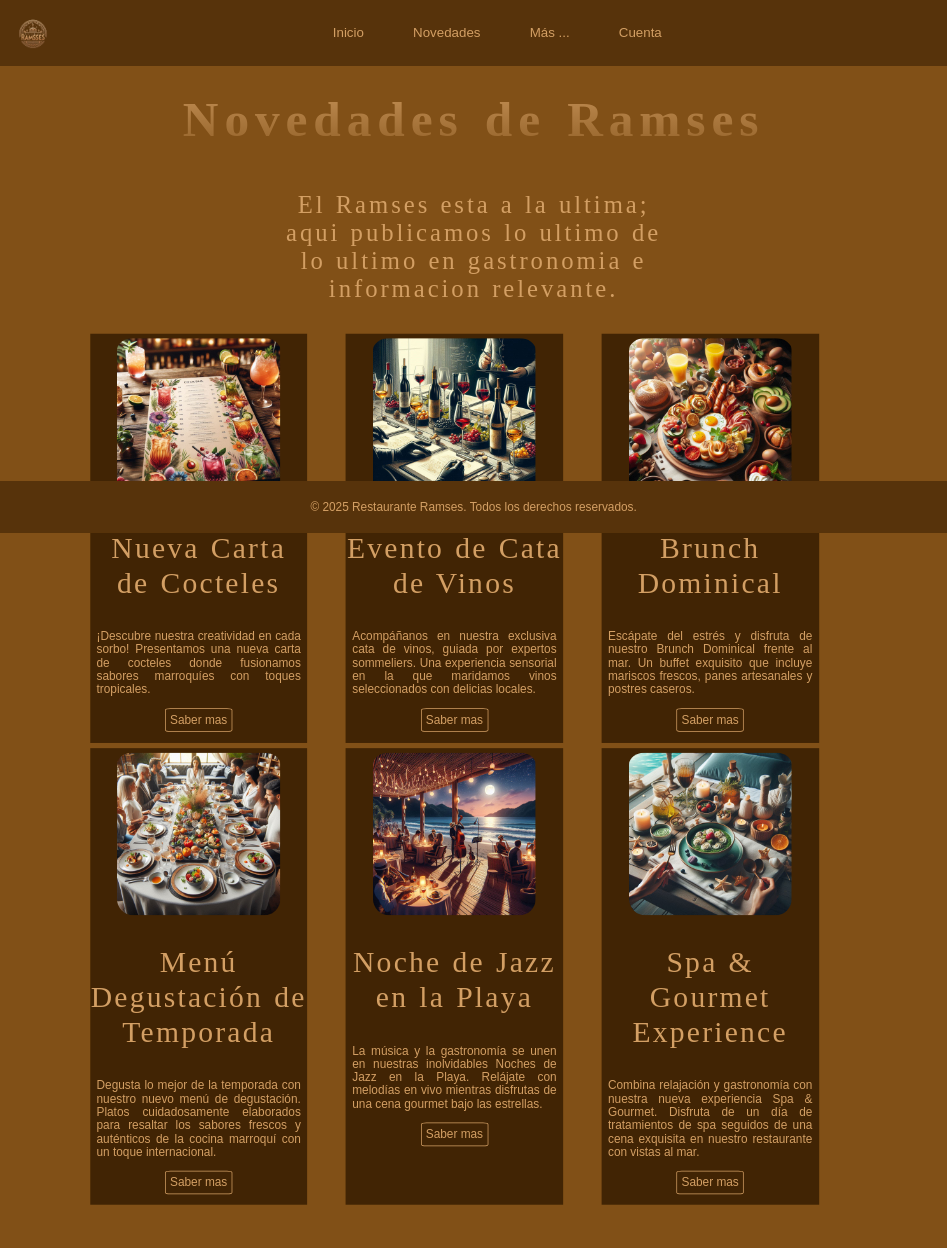
Repository: demoniers/demonIers.github.io
Page: web-lenguajes/src/noticias.html
An editor plug-in stored every save of this project. The page is shown before and after the next save, followed by the edit.
The browser window is 1280 px wide. The pictures show the whole page, at 74% of full size.
Some web fonts or font styles are not loaded; a fallback is used.

Above is the page before, as saved 2025-01-27 13:35:16.

### web-lenguajes/src/noticias.html
<!DOCTYPE html>
<html lang="es">

    <head>
        <meta charset="UTF-8">
        <meta name="viewport" content="width=device-width, initial-scale=1.0">
        <link rel="stylesheet" href="../style/noticias.css">
        <title>Restaurante Ejemplo</title>
        <style>
    </style>
    </head>

    <body>
        <div class="header">
            <nav>
                <img src="../img/logo-ramses.png" class="logo-r" alt="">
                <ul>
                    <li><a href="../index.html">Inicio</a></li>
                    <li><a href="#">Novedades</a></li>
                    <li><a>Más ...</a>
                        <ul class="subitemul">
                            <li class="subitem"><a href="https://marruecoshoy.com/comida-marroqui/">Cocina marroqui</a></li>
                            <li class="subitem"><a href="https://www.tripadvisor.com/Attraction_Products-g187461-d573965-Playa_de_Ses_Illetes-Formentera_Balearic_Islands.html">Nuestra ubicacion</a></li>
                        </ul>
                    </li>
                    <li>
                        <a href>Cuenta</a>
                        <ul class="subitemul">
                            <li class="subitem"><a href="./login.html">Iniciar sesion</a></li>
                            <li class="subitem"><a href="./singin.html">Registrarse</a></li>
                        </ul>
                    </li>
                </ul>
            </nav>
        </div>
        <div class="container">
            <h1 class="titulo-centrado">Novedades de Ramses</h1>
            <p class="subtitulo">El Ramses esta a la ultima; aqui publicamos lo
                ultimo de lo ultimo en gastronomia e
                informacion relevante.</p>
            <div class="cont-noticias">
                <div class="noticia1">
                    <img src="../img/noticas/nuevacarta.png" alt="" class="img-cabeza">
                    <p class="titulo-articulo">Nueva Carta de Cocteles</p>
                    <p class="text-articulo">¡Descubre nuestra creatividad en cada sorbo! Presentamos una nueva carta de cocteles donde fusionamos sabores marroquíes con toques tropicales.</p>
                    <a href="#" class="enlaceart">Saber mas</a>
                </div>
                <div class="noticia2">
                    <img src="../img/noticas/cata.png" alt="" class="img-cabeza">
                    <p class="titulo-articulo">Evento de Cata de Vinos</p>
                    <p class="text-articulo">Acompáñanos en nuestra exclusiva cata de vinos, guiada por expertos sommeliers. Una experiencia sensorial en la que maridamos vinos seleccionados con delicias locales.</p>
                    <a href="#" class="enlaceart">Saber mas</a>
                </div>
                <div class="noticia3">
                    <img src="../img/noticas/brunch.png" alt="" class="img-cabeza">
                    <p class="titulo-articulo">Brunch Dominical</p>
                    <p class="text-articulo">Escápate del estrés y disfruta de nuestro Brunch Dominical frente al mar. Un buffet exquisito que incluye mariscos frescos, panes artesanales y postres caseros.</p>
                    <a href="#" class="enlaceart">Saber mas</a>
                </div>
                <div class="noticia1">
                    <img src="../img/noticas/menudegustacion.png" alt="" class="img-cabeza">
                    <p class="titulo-articulo">Menú Degustación de Temporada</p>
                    <p class="text-articulo">Degusta lo mejor de la temporada con nuestro nuevo menú de degustación. Platos cuidadosamente elaborados para resaltar los sabores frescos y auténticos de la cocina marroquí con un toque internacional.</p>
                    <a href="#" class="enlaceart">Saber mas</a>
                </div>
                <div class="noticia2">
                    <img src="../img/noticas/noches.png" alt="" class="img-cabeza">
                    <p class="titulo-articulo">Noche de Jazz en la Playa</p>
                    <p class="text-articulo">La música y la gastronomía se unen en nuestras inolvidables Noches de Jazz en la Playa. Relájate con melodías en vivo mientras disfrutas de una cena gourmet bajo las estrellas.</p>
                    <a href="#" class="enlaceart">Saber mas</a>
                </div>
                <div class="noticia3">
                    <img src="../img/noticas/spa.png" alt="" class="img-cabeza">
                    <p class="titulo-articulo">Spa & Gourmet Experience</p>
                    <p class="text-articulo">Combina relajación y gastronomía
                        con nuestra nueva experiencia Spa & Gourmet. Disfruta de
                        un día de tratamientos de spa seguidos de una cena
                        exquisita en nuestro restaurante con vistas al mar.</p>
                    <a href="#" class="enlaceart">Saber mas</a>
                </div>
            </div>
        </div>
        <div class="footer">
            <p>&copy; 2025 Restaurante Ramses. Todos los derechos
                reservados.</p>
        </div>
    </body>

</html>

### web-lenguajes/style/noticias.css
body {
    margin: 0;
    font-family: Arial, sans-serif;
    display: flex;
    flex-direction: column;
    align-items: center;
    background-color: #815017;
    color: #d39f64;
}

@font-face {
    font-family: "Overcooked";
    src: url("https://db.onlinewebfonts.com/t/4d9ee5a678d899047a987f0408b4b052.eot");
    src: url("https://db.onlinewebfonts.com/t/4d9ee5a678d899047a987f0408b4b052.eot?#iefix")format("embedded-opentype"),
    url("https://db.onlinewebfonts.com/t/4d9ee5a678d899047a987f0408b4b052.woff2")format("woff2"),
    url("https://db.onlinewebfonts.com/t/4d9ee5a678d899047a987f0408b4b052.woff")format("woff"),
    url("https://db.onlinewebfonts.com/t/4d9ee5a678d899047a987f0408b4b052.ttf")format("truetype"),
    url("https://db.onlinewebfonts.com/t/4d9ee5a678d899047a987f0408b4b052.svg#Overcooked")format("svg");
}
.titulo-centrado {
    font-family: "Overcooked";
    text-align: center;
    word-spacing: 4px;
    letter-spacing: 8px;
    font-size: 50pt;
    background-image: linear-gradient(to top, #815017, #d39f64);
    background-clip: text;
    -webkit-background-clip: text;
    color: transparent;
}
.subtitulo {
    font-family: "Overcooked";
    text-align: center;
    word-spacing: 1.5px;
    letter-spacing: 4px;
    font-size: 25pt;
    width: 45%;
}

/* menu superior */
.header {
    position: fixed;
    top: 0;
    width: 100%;
    background-color: #57330b;
    color: #d39f64;
    text-align: center;
    padding: 10px 0;
    z-index: 1000;
}

.header nav a {
    margin: 0 15px;
    text-decoration: none;
    font-size: 18px;
}

.header nav ul li {
    display: inline-block;
    position: relative;
}

.logo-r {
    float: left;
    width: 3%;
    margin-left: 2%;
}

nav ul li a {
    display: block;
    padding: 8px 16px;
    text-decoration: none;
    color: #d39f64;
}

nav ul li ul {
    display: none;
    position: absolute;
    top: 100%;
    left: 0;
    box-shadow: 0px 4px 8px rgba(0, 0, 0, 0.3);
}

nav ul li:hover {
    background-color: #d39f6459;
}
nav ul li:hover ul {
    display: block;
}

.subitemul {
    text-align: center;
    background-color: #6b43159c;
    list-style-type: none;
    padding: 0;
    margin: 0;
}

.subitemul li:hover {
    background-color: #d39f646c;
    color: #6b4315;
}


/*###############################################################################*/

.container {
    margin: 5%;
    padding: 2%;
    width: 90%;
    height: 1000px;
}
.titulo-centrado {
    padding: 3%;
    margin: auto;
}
.subtitulo {
    margin: auto;
    padding-top: 2%;
}
.cont-noticias {
    display: grid;
    grid-template-columns: 3fr 3fr 3fr;
    width: 90%;
    padding-left: 5%;
    margin-top: 3%;
    padding-bottom: 5%;
}
.noticia1 {
    width: 85%;
    grid-column: 1;
    height: auto;
    margin-top: 2%;
    background-color: #412404;
}
.noticia2 {
    width: 85%;
    grid-column: 2;
    height: auto;
    margin-top: 2%;
    background-color: #412404;
}
.noticia3 {
    width: 85%;
    grid-column: 3;
    height: auto;
    margin-top: 2%;
    background-color: #412404;
}
.noticia1:hover, .noticia2:hover, .noticia3:hover {
    box-shadow: 0px 8px 16px #d39f64;
}

.footer {
    background-color: #57330b;
    color: #d39f64;
    text-align: center;
    height: 50px;
    padding: 10px;
    position: fixed;
    bottom: 0;
    width: 100%;
}

.titulo-articulo {
    font-family: "Overcooked";
    text-align: center;
    word-spacing: 2px;
    letter-spacing: 3px;
    font-size: 30pt;
}
.text-articulo {
    margin-left: 3%;
    margin-right: 3%;
    text-align: justify;
    font-size: 12pt;
}
.enlaceart {
    margin: 5%;
    display: flex;
    justify-self: center;
    text-decoration: none;
    text-align: center;
    border: 1px solid #d39f64;
    border-radius: 8%;
    padding: 2%;
    color: #d39f64;
}
.enlaceart:hover {
    color: #57330b;
    background-color: #c9710ead
}
.img-cabeza {
    padding-top: 2%;
    width: 75%;
    display: flex;
    justify-self: center;
    border-radius: 10%;
}

After the next save:
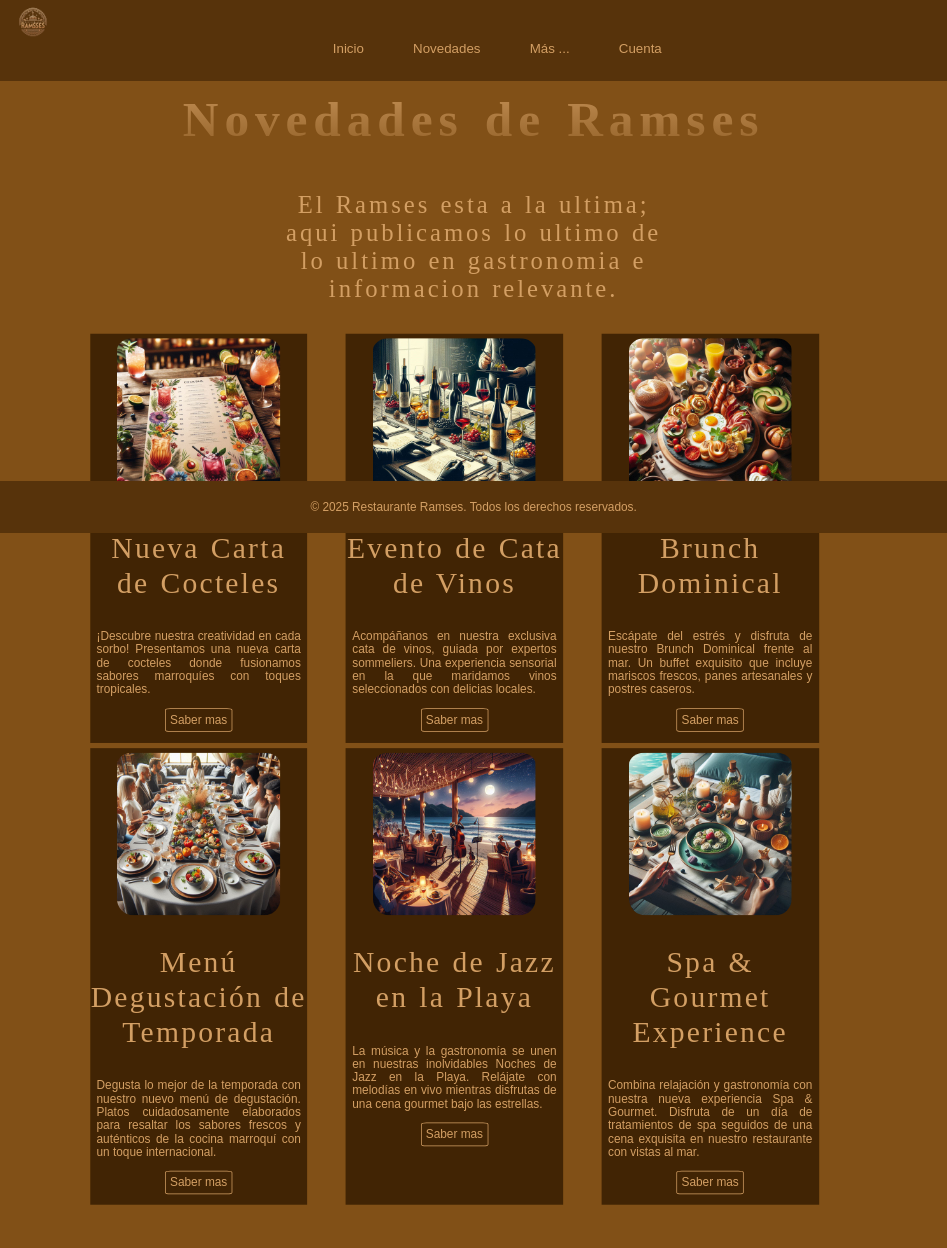
Saved 58 s later.
--- a/web-lenguajes/src/noticias.html
+++ b/web-lenguajes/src/noticias.html
@@ -13,21 +13,21 @@
     <body>
         <div class="header">
             <nav>
-                <img src="../img/logo-ramses.png" class="logo-r" alt="">
+                <a href="../index.html"><img src="../img/logo-ramses.png" class="logo-r" alt=""></a>
                 <ul>
-                    <li><a href="../index.html">Inicio</a></li>
-                    <li><a href="#">Novedades</a></li>
+                    <li><a target="_blank" href="../index.html">Inicio</a></li>
+                    <li><a target="_blank" href="#">Novedades</a></li>
                     <li><a>Más ...</a>
                         <ul class="subitemul">
-                            <li class="subitem"><a href="https://marruecoshoy.com/comida-marroqui/">Cocina marroqui</a></li>
-                            <li class="subitem"><a href="https://www.tripadvisor.com/Attraction_Products-g187461-d573965-Playa_de_Ses_Illetes-Formentera_Balearic_Islands.html">Nuestra ubicacion</a></li>
+                            <li class="subitem"><a target="_blank" href="https://marruecoshoy.com/comida-marroqui/">Cocina marroqui</a></li>
+                            <li class="subitem"><a target="_blank" href="https://www.tripadvisor.com/Attraction_Products-g187461-d573965-Playa_de_Ses_Illetes-Formentera_Balearic_Islands.html">Nuestra ubicacion</a></li>
                         </ul>
                     </li>
                     <li>
                         <a href>Cuenta</a>
                         <ul class="subitemul">
-                            <li class="subitem"><a href="./login.html">Iniciar sesion</a></li>
-                            <li class="subitem"><a href="./singin.html">Registrarse</a></li>
+                            <li class="subitem"><a target="_blank" href="./login.html">Iniciar sesion</a></li>
+                            <li class="subitem"><a target="_blank" href="./singin.html">Registrarse</a></li>
                         </ul>
                     </li>
                 </ul>
